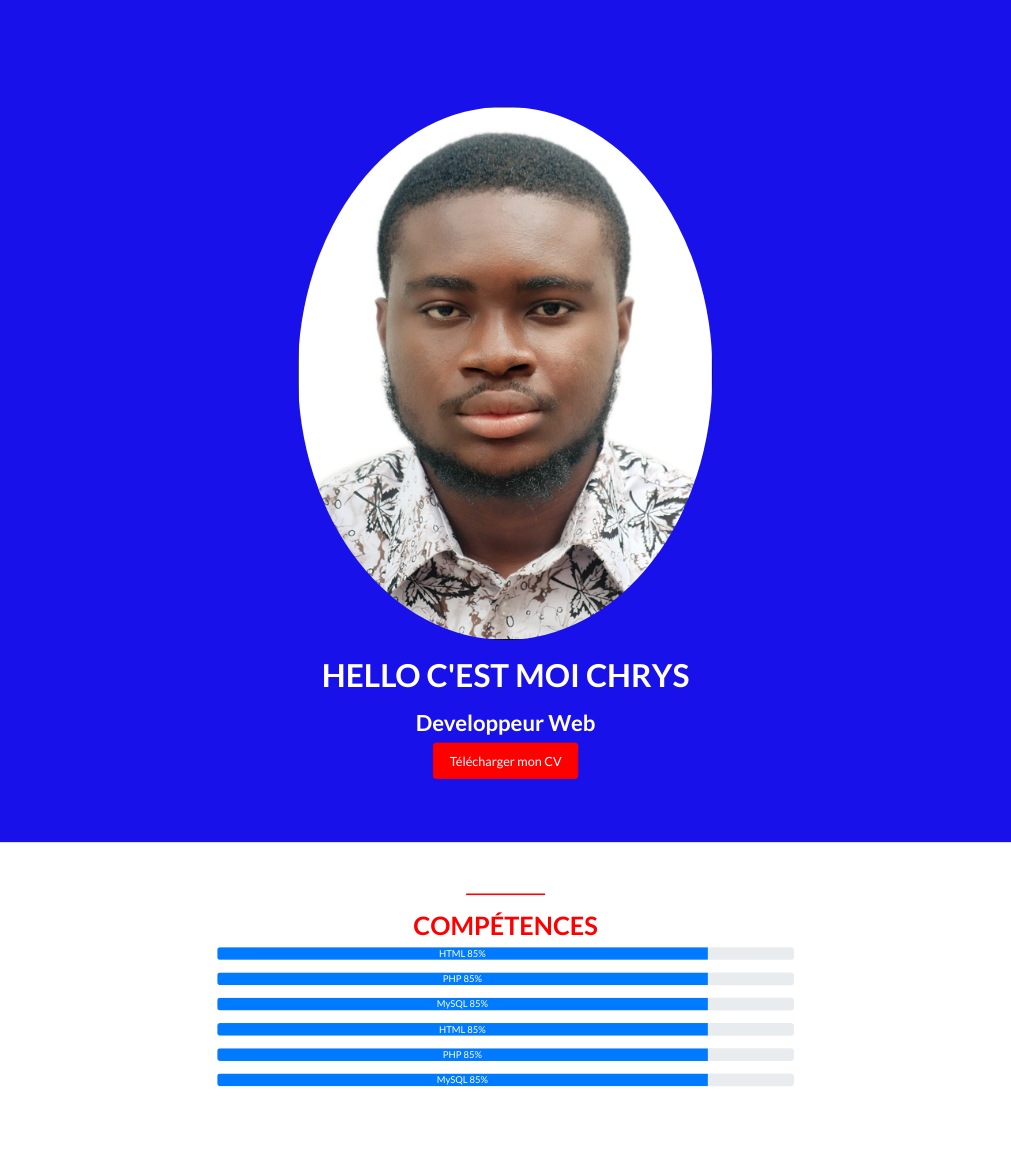
Repository: CHRYSOVR/CV_en_ligne_Interactif
Page: index.html
An editor plug-in stored every save of this project. The page is shown before and after the next save, followed by the edit.
The browser window is 1280 px wide. The pictures show the whole page, at 79% of full size.

Above is the page before, as saved 2025-07-08 20:38:20.
Console error: TypeError: Cannot read properties of undefined (reading 'fn')

### index.html
<!DOCTYPE html>
<html lang="fr">
<head>
    <meta charset="UTF-8">
    <meta name="viewport" content="width=device-width, initial-scale=1.0">
    <link rel="preconnect" href="https://fonts.googleapis.com">
<link rel="preconnect" href="https://fonts.gstatic.com" crossorigin>
<link href="https://fonts.googleapis.com/css2?family=Lato:ital,wght@0,100;0,300;0,400;0,700;0,900;1,100;1,300;1,400;1,700;1,900&display=swap" rel="stylesheet">
<link rel="stylesheet" href="https://cdn.jsdelivr.net/npm/bootstrap@4.0.0/dist/css/bootstrap.min.css" integrity="sha384-Gn5384xqQ1aoWXA+058RXPxPg6fy4IWvTNh0E263XmFcJlSAwiGgFAW/dAiS6JXm" crossorigin="anonymous">
<script src="https://cdn.jsdelivr.net/npm/bootstrap@4.0.0/dist/js/bootstrap.min.js" integrity="sha384-JZR6Spejh4U02d8jOt6vLEHfe/JQGiRRSQQxSfFWpi1MquVdAyjUar5+76PVCmYl" crossorigin="anonymous"></script>
    <link rel="stylesheet" href="css/style.css">
    <script src="js/script.js"></script>
    <title>CV SANNE-TIA</title>
</head>
<body>
  <section id="about" class="container-fluid">
    <div  class=" col-8 col -lg-4 profile-picture" >
        <img src="images/Me.JPG" alt="photo sanne-tia" class="rounded-circle">
    </div>
    <div class="heading">
        <h1>Hello c'est moi Chrys</h1 >
             <h3>Developpeur Web</h3>
     <a href="documents/CV_Sanne-Tia.pdf" class="btn btn-danger" target="_blank">Télécharger mon CV</a>
  </div>
    </section>


    <section id="skills">
        <div class="divider"></div>
        <div class="heading">
            <h2>Compétences</h2>
        </div>
        <div class="container">
            <div class="row justify-content-center">
                <div class="col-12 col-md-8">
                    <div class="mb-3">
                        <div class="progress">
                            <div class="progress-bar" role="progressbar" style="width: 85%;" aria-valuenow="85" aria-valuemin="0" aria-valuemax="100">HTML 85%</div>
                        </div>
                    </div>
                    <div class="mb-3">
                        <div class="progress">
                            <div class="progress-bar" role="progressbar" style="width: 85%;" aria-valuenow="85" aria-valuemin="0" aria-valuemax="100">PHP 85%</div>
                        </div>
                    </div>
                    <div class="mb-3">
                        <div class="progress">
                            <div class="progress-bar" role="progressbar" style="width: 85%;" aria-valuenow="85" aria-valuemin="0" aria-valuemax="100">MySQL 85%</div>
                        </div>
                    </div>
                     <div class="mb-3">
                        <div class="progress">
                            <div class="progress-bar" role="progressbar" style="width: 85%;" aria-valuenow="85" aria-valuemin="0" aria-valuemax="100">HTML 85%</div>
                        </div>
                    </div>
                    <div class="mb-3">
                        <div class="progress">
                            <div class="progress-bar" role="progressbar" style="width: 85%;" aria-valuenow="85" aria-valuemin="0" aria-valuemax="100">PHP 85%</div>
                        </div>
                    </div>
                    <div class="mb-3">
                        <div class="progress">
                            <div class="progress-bar" role="progressbar" style="width: 85%;" aria-valuenow="85" aria-valuemin="0" aria-valuemax="100">MySQL 85%</div>
                        </div>
                    </div>

                    </div>
                </div>
            </div>
        </div>
    </section>
</body>
</html>

### css/style.css
/*GENERAL*/

body{
    font-family: 'Lato', sans-serif;

}
h1,h2,h3,h4,h5,h6{
    font-weight: bold;


}
.divider{
    width: 100px;
    height: 2px;
    background-color: #ff0000;
    margin:0 auto 20px ;
}
/*ABOUT*/
#about{
    background-color: #1911e9;

}
.profile-picture{
    text-align: center;
    margin: 70px auto 0;

}
section{
padding: 65px 0 80px 0;

}
 .heading{
    text-align: center;
    color: white;
    margin-top: 20px;
}
.heading h2{
    text-transform: uppercase;
}
img{
    max-width: 100%;
    height: auto;
}
#about .heading h1{
    color: white;
    text-transform: uppercase;
    margin-bottom: 20px;

}
.btn-danger{
    background-color: #ff0000;
    border-color: #ff0000;
    color: white;
    padding: 10px 20px;
    font-size: 16px;
    text-decoration: none;
    transition: all 0.7 s ease-in 2s;
}
.btn-danger:hover{
    background:rgba(255, 255, 255, 0.137);
    border-color: #00ff11fe;
    color: white;
    padding: 10px 20px;
    font-size: 16px;
    text-decoration: none;
}
/*SKILLS*/
#skills .heading h2 {
    color:red
}

Loaded but not shown: js/script.js (no stored copy; drawn as an empty file)

After the next save:
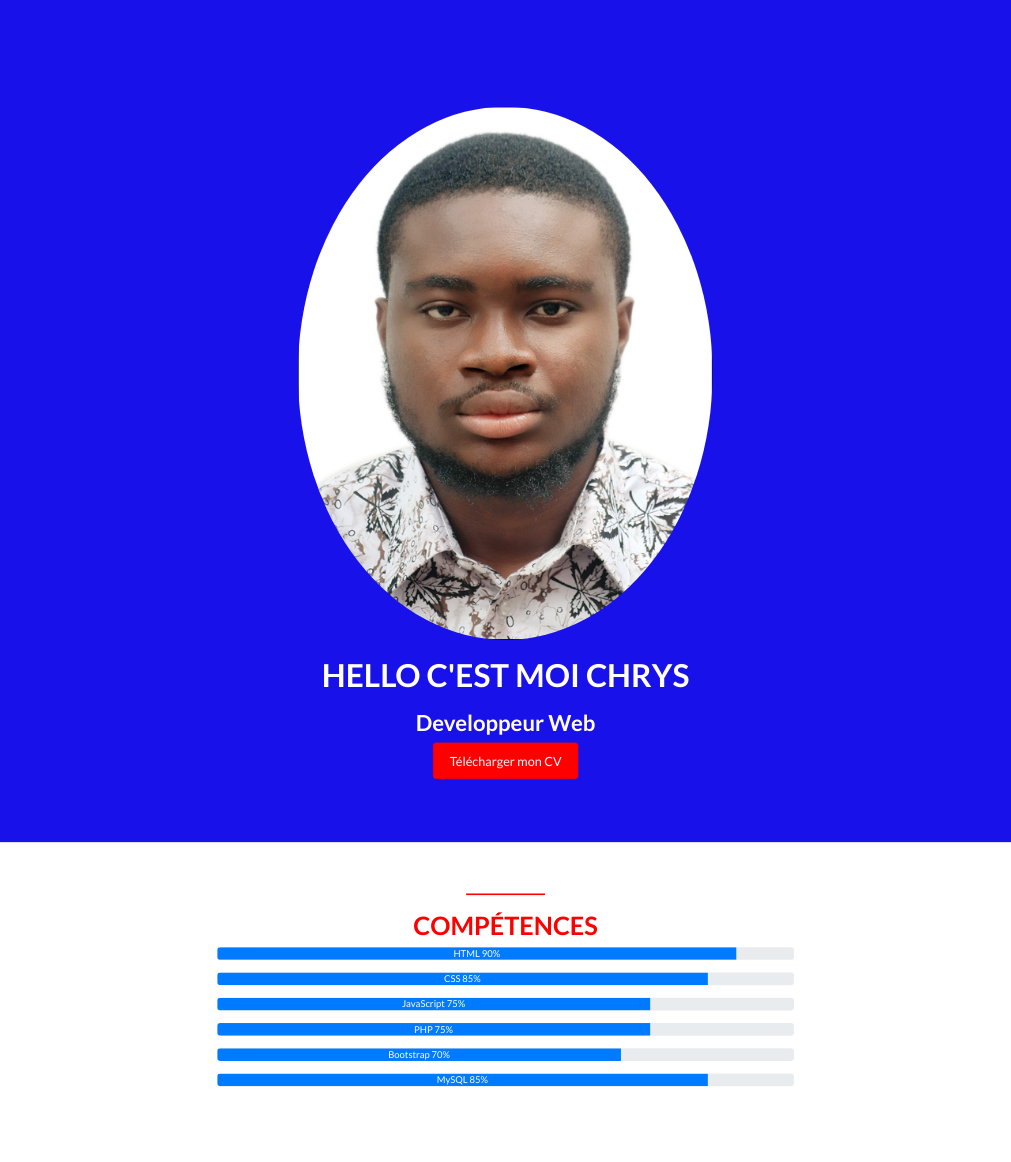
Saved 3 min 57 s later.
--- a/index.html
+++ b/index.html
@@ -35,27 +35,27 @@
                 <div class="col-12 col-md-8">
                     <div class="mb-3">
                         <div class="progress">
-                            <div class="progress-bar" role="progressbar" style="width: 85%;" aria-valuenow="85" aria-valuemin="0" aria-valuemax="100">HTML 85%</div>
+                            <div class="progress-bar" role="progressbar" style="width: 90%;" aria-valuenow="90" aria-valuemin="0" aria-valuemax="100">HTML 90%</div>
                         </div>
                     </div>
                     <div class="mb-3">
                         <div class="progress">
-                            <div class="progress-bar" role="progressbar" style="width: 85%;" aria-valuenow="85" aria-valuemin="0" aria-valuemax="100">PHP 85%</div>
+                            <div class="progress-bar" role="progressbar" style="width: 85%;" aria-valuenow="85" aria-valuemin="0" aria-valuemax="100">CSS 85%</div>
                         </div>
                     </div>
                     <div class="mb-3">
                         <div class="progress">
-                            <div class="progress-bar" role="progressbar" style="width: 85%;" aria-valuenow="85" aria-valuemin="0" aria-valuemax="100">MySQL 85%</div>
+                            <div class="progress-bar" role="progressbar" style="width: 75%;" aria-valuenow="75" aria-valuemin="0" aria-valuemax="100">JavaScript 75%</div>
                         </div>
                     </div>
                      <div class="mb-3">
                         <div class="progress">
-                            <div class="progress-bar" role="progressbar" style="width: 85%;" aria-valuenow="85" aria-valuemin="0" aria-valuemax="100">HTML 85%</div>
+                            <div class="progress-bar" role="progressbar" style="width: 75%;" aria-valuenow="75" aria-valuemin="0" aria-valuemax="100">PHP 75%</div>
                         </div>
                     </div>
                     <div class="mb-3">
                         <div class="progress">
-                            <div class="progress-bar" role="progressbar" style="width: 85%;" aria-valuenow="85" aria-valuemin="0" aria-valuemax="100">PHP 85%</div>
+                            <div class="progress-bar" role="progressbar" style="width: 70%;" aria-valuenow="70" aria-valuemin="0" aria-valuemax="100">Bootstrap 70%</div>
                         </div>
                     </div>
                     <div class="mb-3">
